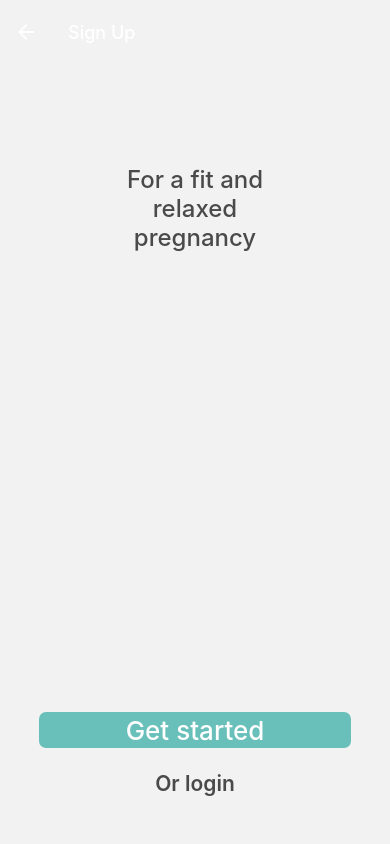
Repository: pheonixlegend/keleya
Screen: /Sign Up
These files come from the project's save history. The screen is drawn as it stood at one moment and after the next save; the edit follows.
Pictures or frames that could not be fetched are drawn as grey boxes. The app was drawn by React Native's web renderer in a window 390 px wide. The project was rebuilt for these pictures with package versions that can differ from the ones it lists, and the page was loaded fresh each time.

Above is the screen before, as saved 2021-09-30 15:14:33.

### App.tsx
import { StatusBar } from 'expo-status-bar';
import React from 'react';
import { StyleSheet, Text, View } from 'react-native';
import Home from './screens/Home';
import { NavigationContainer } from '@react-navigation/native';
import AppStack from './routes/AppStack';

export default function App() {
  return (
    <NavigationContainer>
      <AppStack />
    </NavigationContainer>
  );
}

const styles = StyleSheet.create({
  container: {
    flex: 1,
    backgroundColor: '#fff',
    alignItems: 'center',
    justifyContent: 'center',
  },
});

### routes/AppStack.tsx
import { createStackNavigator } from '@react-navigation/stack';
import { Image } from 'react-native';
import Home from '../screens/Home';
import ImageHeader from '../components/ImageHeader';
import SignUp from '../screens/SignUp';
import React from 'react';

const Stack = createStackNavigator();
    const appStack = () => {
        return (
            <Stack.Navigator
                screenOptions={{
                headerShown: true,
                headerTransparent: true,
                headerStyle: {
                    position: 'absolute',
                    top: 0,
                    left: 0
                  },
                  headerBackTitleStyle: {
                      opacity: 0,
                  },
                  headerTintColor: '#fff'
                }}
            >
                <Stack.Screen name="Home" component={Home} />
                <Stack.Screen
                    name="Sign Up"
                    component={SignUp}
                    options={{
                        headerTitle: <ImageHeader/>,
                    }} />
            </Stack.Navigator>
        )
    }
export default appStack

### screens/Home.tsx
import { StatusBar } from 'expo-status-bar';
import React from 'react';
import { StyleSheet, Text, View, Button, Image, SafeAreaView, ImageBackground, TouchableOpacity } from 'react-native';
import { Global } from '../styles/Global'

const Home = ({navigation}: {navigation: any}) => {
  const pressHandler = () => {
    navigation.push("Sign Up")
  }

  return (
    <ImageBackground source={require('../assets/images/first-intro-image.png')} style={styles.backgroundImage} >

    <SafeAreaView style={Global.container}>
      <StatusBar backgroundColor={'transparent'} translucent/>

      <View style={styles.imageContainer}>
        <Image source={require('../assets/images/keleya-logo.png')} style={styles.image} resizeMode="contain" />
      </View>

      <View style={styles.centeredView}>
        <Text style={styles.subText}>For a fit and relaxed pregnancy</Text>
      </View>

      <View style={styles.buttonContainer}>
      <TouchableOpacity style={styles.customBtnBGBottom} onPress={pressHandler}>
        <Text style={styles.customBtnTextBottom}>Get started</Text>
      </TouchableOpacity>


      <TouchableOpacity style={styles.customBtnBGBottom2} onPress={pressHandler}>
        <Text style={styles.customBtnTextBottom2}>Or login</Text>
      </TouchableOpacity>
      </View>
    </SafeAreaView>

    </ImageBackground>
  )
}

const styles = StyleSheet.create({
  imageContainer: {
    justifyContent: 'center',
    alignItems: 'center',
    height: '20%'
  },

  backgroundImage: {
    flex: 1,
    width: undefined,
    height: undefined,
    resizeMode: 'cover'
  },

  centeredView: {
    justifyContent: 'center',
    alignItems: 'center'
  },

  image: {
    width: '23%',
    height: '100%'
  },

  subText: {
    textAlign: 'center',
    fontSize: 24,
    fontWeight: "500",
    marginTop: '-3%',
    width: '53%',
    color: "#4a4a4a"
  },

  buttonContainer: {
    flex: 1,
    alignItems: 'center',
    height: '12.4%',
  },

  customBtnBGBottom: {
    backgroundColor: "#69c0ba",
    borderRadius: 7,
    width: '85%',
    height: '6.2%',
    position: 'absolute',
    bottom: 0,
    marginBottom: '23%',
    justifyContent: 'center',
    alignItems: 'center',
  },

  customBtnBGBottom2: {
    backgroundColor: "transparent",
    borderRadius: 7,
    width: '85%',
    position: 'absolute',
    bottom: 0,
    marginBottom: '10%',
    justifyContent: 'center',
    alignItems: 'center',
  },

  customBtnTextBottom: {
    fontSize: 26,
    fontWeight: "500",
    color: "#fff",
    textAlign: "center"
  },

  customBtnTextBottom2: {
    fontSize: 21,
    fontWeight: "600",
    color: "#4a4a4a",
    textAlign: "center"
  }

});

export default Home

### screens/SignUp.tsx
import { StatusBar } from 'expo-status-bar';
import React from 'react';
import { StyleSheet, Text, View, Button, Image, SafeAreaView, ImageBackground, TouchableOpacity } from 'react-native';
import { Global } from '../styles/Global'

const SignUp = ({navigation}: {navigation: any}) => {
  const pressHandler = () => {
    navigation.push("Home")
  }

  return (

    <SafeAreaView style={Global.container}>
      <StatusBar backgroundColor={'transparent'} translucent/>

      <View style={styles.imageContainer}>
        {/* <Image source={require('../assets/images/authentication-background-image.jpg')} style={styles.image} resizeMode="contain" /> */}
      </View>

      <View style={styles.centeredView}>
        <Text style={styles.subText}>For a fit and relaxed pregnancy</Text>
      </View>

      <View style={styles.buttonContainer}>
      <TouchableOpacity style={styles.customBtnBGBottom} onPress={pressHandler}>
        <Text style={styles.customBtnTextBottom}>Get started</Text>
      </TouchableOpacity>


      <TouchableOpacity style={styles.customBtnBGBottom2} onPress={pressHandler}>
        <Text style={styles.customBtnTextBottom2}>Or login</Text>
      </TouchableOpacity>
      </View>
    </SafeAreaView>

  )
}

const styles = StyleSheet.create({
  imageContainer: {
    justifyContent: 'center',
    alignItems: 'center',
    height: '20%'
  },

  backgroundImage: {
    flex: 1,
    width: undefined,
    height: undefined,
    resizeMode: 'cover'
  },

  centeredView: {
    justifyContent: 'center',
    alignItems: 'center'
  },

  image: {
    width: '23%',
    height: '100%'
  },

  subText: {
    textAlign: 'center',
    fontSize: 24,
    fontWeight: "500",
    marginTop: '-3%',
    width: '53%',
    color: "#4a4a4a"
  },

  buttonContainer: {
    flex: 1,
    alignItems: 'center',
    height: '12.4%',
  },

  customBtnBGBottom: {
    backgroundColor: "#69c0ba",
    borderRadius: 7,
    width: '85%',
    height: '6.2%',
    position: 'absolute',
    bottom: 0,
    marginBottom: '23%',
    justifyContent: 'center',
    alignItems: 'center',
  },

  customBtnBGBottom2: {
    backgroundColor: "transparent",
    borderRadius: 7,
    width: '85%',
    position: 'absolute',
    bottom: 0,
    marginBottom: '10%',
    justifyContent: 'center',
    alignItems: 'center',
  },

  customBtnTextBottom: {
    fontSize: 26,
    fontWeight: "500",
    color: "#fff",
    textAlign: "center"
  },

  customBtnTextBottom2: {
    fontSize: 21,
    fontWeight: "600",
    color: "#4a4a4a",
    textAlign: "center"
  }

});

export default SignUp

### styles/Global.tsx
import { StyleSheet } from 'react-native';

export const Global = StyleSheet.create({
    container: {
        flex: 1,
        backgroundColor: 'transparent',
        margin: '3%'
    }
})

### components/ImageHeader.tsx
import React from 'react'
import { Image, StyleSheet, View, Text } from 'react-native'

export default class ImageHeader extends React.Component {
    render() {
        return (
            <View style={styles.container}>
                <Image
                    style={styles.image}
                    source={require('../assets/images/authentication-background-image.jpg')}
                    resizeMode='contain'
                />
                <Text style={styles.text}>
                    Title_Page1
                </Text>
            </View>
        )
    }
}

const styles = StyleSheet.create({
    container: {
        flex: 1,
        flexDirection: 'row',
        justifyContent: 'center',
        alignItems: 'center',
    },

    image: {
        width: 25,
        height: 50,
        zIndex: 999
    },

    text: {
        fontSize: 12
    }

})

After the next save:
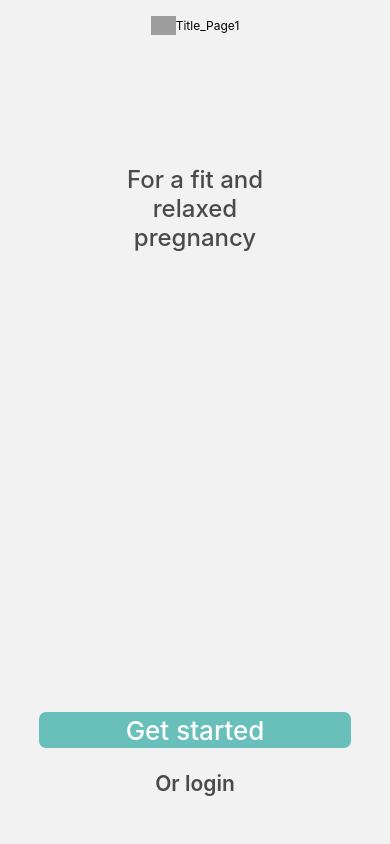
Saved 17 min 13 s later.
--- a/routes/AppStack.tsx
+++ b/routes/AppStack.tsx
@@ -28,7 +28,7 @@ const Stack = createStackNavigator();
                     name="Sign Up"
                     component={SignUp}
                     options={{
-                        headerTitle: <ImageHeader/>,
+                        header: (props) => <ImageHeader {...props} />,
                     }} />
             </Stack.Navigator>
         )
